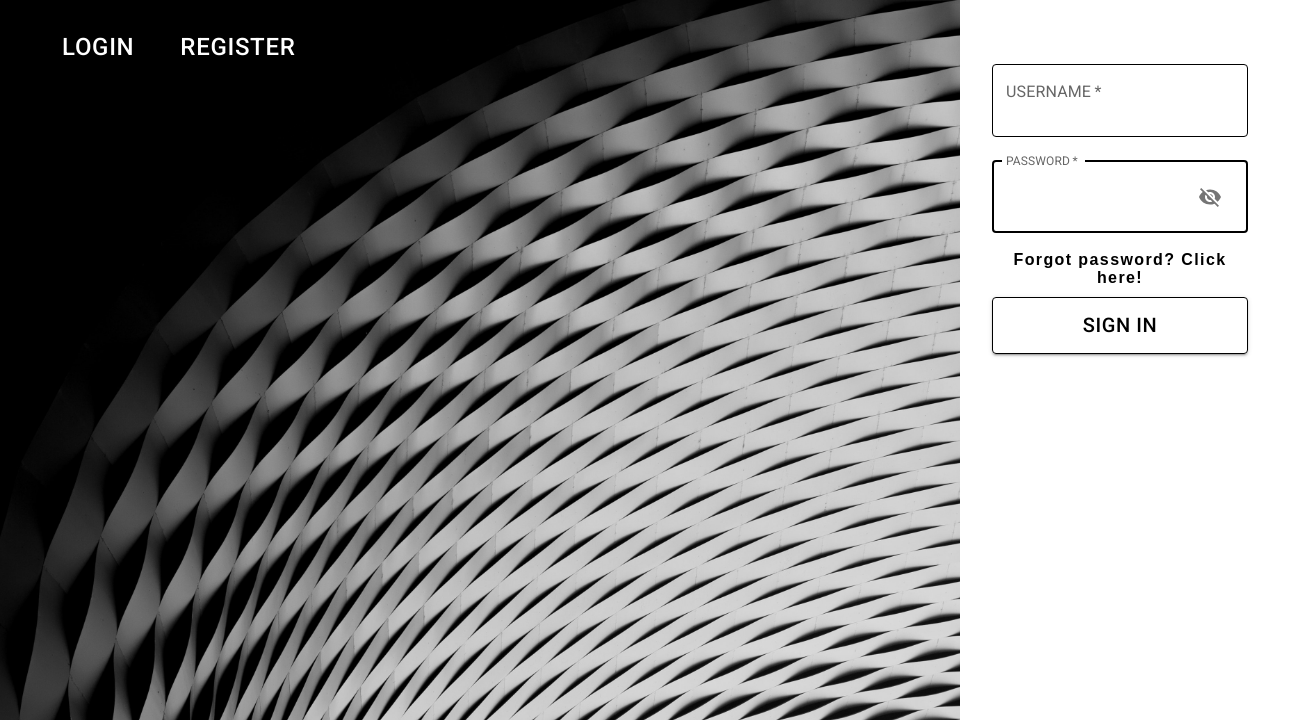
Repository: claudiuotea/FrontendAugmentator
Page: /account/login
The author's editor kept a copy of each file at every save. The page is drawn from the files as they stood at one save, then again after the next save.
The browser window is 1280 px wide. The page is 1280 px wide, then 1292 px, so the pictures cover 1292 px, including what lies to the right of the window. The pictures show the whole page.
The project was rebuilt for these pictures with package versions that can differ from the ones it lists, and the page was loaded fresh each time. Also part of the build but not shown: src/Components/ForgotPassword.tsx, src/Components/Register.tsx, src/Components/ResetPassword.tsx, src/Components/VerifyAccount.tsx, src/Utils/PrivateRoute.tsx, src/Services/AdminService.tsx, src/Components/EnhancedTableToolbar.tsx, src/Components/UsersTable.tsx and 7 more.

Above is the page before, as saved 2021-05-18 00:35:00.

### public/index.html
<!DOCTYPE html>
<html lang="en">
  <head>
    <meta charset="utf-8" />
    <link rel="icon" href="%PUBLIC_URL%/favicon.ico" />
    <meta name="viewport" content="width=device-width, initial-scale=1" />
    <link rel="stylesheet" href="https://fonts.googleapis.com/css?family=Roboto:300,400,500,700&display=swap" />
    <link rel="stylesheet" href="https://fonts.googleapis.com/icon?family=Material+Icons" />
    <meta name="theme-color" content="#000000" />
    <meta
      name="description"
      content="Web site created using create-react-app"
    />
    <link rel="apple-touch-icon" href="%PUBLIC_URL%/logo192.png" />
    <!--
      manifest.json provides metadata used when your web app is installed on a
      user's mobile device or desktop. See https://developers.google.com/web/fundamentals/web-app-manifest/
    -->
    <link rel="manifest" href="%PUBLIC_URL%/manifest.json" />
    <!--
      Notice the use of %PUBLIC_URL% in the tags above.
      It will be replaced with the URL of the `public` folder during the build.
      Only files inside the `public` folder can be referenced from the HTML.

      Unlike "/favicon.ico" or "favicon.ico", "%PUBLIC_URL%/favicon.ico" will
      work correctly both with client-side routing and a non-root public URL.
      Learn how to configure a non-root public URL by running `npm run build`.
    -->
    <title>React App</title>
  </head>
  <body>
    <noscript>You need to enable JavaScript to run this app.</noscript>
    <div id="root"></div>
    <!--
      This HTML file is a template.
      If you open it directly in the browser, you will see an empty page.

      You can add webfonts, meta tags, or analytics to this file.
      The build step will place the bundled scripts into the <body> tag.

      To begin the development, run `npm start` or `yarn start`.
      To create a production bundle, use `npm run build` or `yarn build`.
    -->
  </body>
</html>

### src/App.tsx
import './App.css';
import { AppRoutes } from './Routes/AppRoutes';

function App() {
  return (
    <AppRoutes/>
  );
}

export default App;

### src/App.css
*{
  margin:0;
  padding:0;
}

.App {
  text-align: center;
}

.App-logo {
  height: 40vmin;
  pointer-events: none;
}

@media (prefers-reduced-motion: no-preference) {
  .App-logo {
    animation: App-logo-spin infinite 20s linear;
  }
}

.App-header {
  background-color: #282c34;
  min-height: 100vh;
  display: flex;
  flex-direction: column;
  align-items: center;
  justify-content: center;
  font-size: calc(10px + 2vmin);
  color: white;
}

.App-link {
  color: #61dafb;
}

@keyframes App-logo-spin {
  from {
    transform: rotate(0deg);
  }
  to {
    transform: rotate(360deg);
  }
}

/* De aici in jos pt contact*/

*, *:before, *:after {
  box-sizing: border-box;
  -webkit-font-smoothing: antialiased;
  -moz-osx-font-smoothing: grayscale;
}

body, button, input {
  font-family: 'Montserrat', sans-serif;
  font-weight: 700;
  letter-spacing: 1.4px;
}


.mainContainer {
  display: flex;
  height: "100vh";
  margin-top: 10%;
}

.formContainer {
  flex: 0 1 900px;
  margin: auto;
  padding: 10px;
}

.screen {
  position: relative;
  background: #3e3e3e;
  border-radius: 25px;
}

.screen:after {
  content: '';
  display: block;
  position: absolute;
  top: 0;
  left: 20px;
  right: 20px;
  bottom: 0;
  border-radius: 15px;
  box-shadow: 0 20px 40px rgba(0, 0, 0, .4);
  z-index: -1;
}

.screen-header {
  display: flex;
  align-items: center;
  padding: 10px 20px;
  background: #4d4d4f;
  border-top-left-radius: 15px;
  border-top-right-radius: 15px;
}

.screen-header-left {
  margin-right: auto;
}

.screen-header-button {
  display: inline-block;
  width: 14px;
  height: 14px;
  margin-right: 5px;
  border-radius: 10px;
  background: white;
}

.screen-header-button.close {
  background: #ed1c6f;
}

.screen-header-button.maximize {
  background: #e8e925;
}

.screen-header-button.minimize {
  background: #74c54f;
}

.screen-header-right {
  display: flex;
}

.screen-header-ellipsis {
  width: 5px;
  height: 5px;
  margin-left: 2px;
  border-radius: 8px;
  background: #999;
}

.screen-body {
  display: flex;

}

.screen-body-item {
  flex: 1;
  padding: 50px;
}

.screen-body-item.left {
  display: flex;
  flex-direction: column;
}

.app-title {
  display: flex;
  flex-direction: column;
  position: relative;
  color: #ea1d6f;
  font-size: 44px;
}

.app-title:after {
  content: '';
  display: block;
  position: absolute;
  left: 0;
  bottom: -10px;
  width: 44px;
  height: 4px;
  background: #ea1d6f;
}


.app-contact {
  margin-top: auto;
  font-size: 12px;
  color: #888;
}

.app-form-group {
  margin-bottom: 35px;
}

.app-form-group.message {
  margin-top: 30px;
}

.app-form-group.buttons {
  margin-bottom: 0;
  text-align: right;
}


.app-form-button {
  background: none;
  border: none;
  color: #ea1d6f;
  font-size: 22px;
  cursor: pointer;
  outline: none;
}

.app-form-button:hover {
  color: #b9134f;
}

@media screen and (max-width: 520px) {
  .screen-body {
    flex-direction: column;
  }

  .screen-body-item.left {
    margin-bottom: 30px;
  }

  .app-title {
    flex-direction: row;
  }

  .app-title span {
    margin-right: 12px;
  }

  .app-title:after {
    display: none;
  }
}

@media screen and (max-width: 600px) {
  .screen-body {
    padding: 40px;
  }

  .screen-body-item {
    padding: 0;
  }
}

### src/Routes/AppRoutes.tsx
import React from "react";
import { Suspense } from "react";
import { BrowserRouter as Router, Switch, Route, Redirect } from "react-router-dom";
import { NavbarNotLogged } from "../Components/NavbarNotLoggedIn";
import { Account } from "../Components/Accounts";
import { PrivateRoute } from "../Utils/PrivateRoute";
import { MainContainer } from "../Components/MainContainer";

export const AppRoutes: React.FunctionComponent<{}> = () => {
  return (
    <Router>
      <Suspense fallback={<div>Loading...</div>}>
        <Switch>
          <Route exact path="/">
            <NavbarNotLogged/>
            <Redirect push to={"/app"}/>
          </Route>
          <Route path="/account">
            <NavbarNotLogged/>
            <Account/>
          </Route>
          <PrivateRoute path="/app" component={()=><MainContainer/>}>
          </PrivateRoute>
        </Switch>
      </Suspense>
    </Router>
  );
};

### src/Components/NavbarNotLoggedIn.tsx
import React from "react";
import { makeStyles } from "@material-ui/core/styles";
import AppBar from "@material-ui/core/AppBar";
import Toolbar from "@material-ui/core/Toolbar";
import Typography from "@material-ui/core/Typography";
import Button from "@material-ui/core/Button";
import IconButton from "@material-ui/core/IconButton";
import MenuIcon from "@material-ui/icons/Menu";
import { Link } from "react-router-dom";

const useStyles = makeStyles((theme) => ({
  root: {
    flexGrow: 1,
  },
  menuButton: {
    fontSize: 24,
    marginLeft: 15,
    marginRight: 15,
  },
  title: {
    flexGrow: 1,
  },
  appBar: {
    padding: 15,
    backgroundColor: "transparent",
    boxShadow: "none",
  },

  link:{
     textDecoration:"none",
     color:"white"
  }
}));

export const NavbarNotLogged: React.FunctionComponent<{}> = () => {
  //incarca CSS-ul
  const classes = useStyles();

  return (
    <AppBar position="fixed" className={classes.appBar}>
      <Toolbar>
        <Button color="inherit" className={classes.menuButton}>
          <Link className={classes.link} to="/account/login">Login</Link>
        </Button>
        <Button color="inherit" className={classes.menuButton}>
          <Link className={classes.link} to="/account/register">Register</Link>
        </Button>
      </Toolbar>
    </AppBar>
  );
};

### src/Components/Accounts.tsx
import { Button, Grid, makeStyles, TextField } from "@material-ui/core";
import React, { Suspense } from "react";
import Image from "../Images/bg.jpg";
import { ForgotPassword } from "./ForgotPassword";
import { Login } from "./Login";
import { Register } from "./Register";
import { ResetPassword } from "./ResetPassword";
import { VerifyAccount } from "./VerifyAccount";
import {
  BrowserRouter as Router,
  useLocation,
} from "react-router-dom";


//Creez un obiect CSS
const useStyles = makeStyles((theme) => ({
  root: {
    flexGrow: 1,
  },
  //100% inaltimea paginii
  gridItem: {
    height: "100vh",
  },
  //adauga niste spatiu si centreaza-le
  form: {
    margin: theme.spacing(4),
    verticalAlign: "middle",
    marginTop: "35%",
  },
}));

export const Account: React.FunctionComponent<{}> = () => {
  //instantiez obiectul
  const classes = useStyles();
  const location = useLocation();

  //stabilim ce componenta randam in functie de path
  const renderSwitch = (param: string) => {
    switch (param) {
      case "/account/login":
        return <Login />;
      case "/account/register":
        return <Register />;
      case "/account/resetpass":
        return <ResetPassword />;
      case "/account/forgotpass":
        return <ForgotPassword />;
      case "/account/verifyaccount":
        return <VerifyAccount />;
      default:
        //TODO aici
        return <div>Wrong path</div>;
    }
  };

  return (
    //impart ecranul in 2 coloane
    <div className={classes.root + classes.gridItem}>
      <Grid container className={classes.gridItem}>
        <Grid
          item
          xs={12}
          sm={9}
          style={{
            backgroundImage: `url(${Image})`,
            backgroundRepeat: "no-repeat",
            backgroundSize: "cover",
          }}
        >
        </Grid>
        <Grid item xs={12} sm={3}>
          {renderSwitch(location.pathname)}
        </Grid>
      </Grid>
    </div>
  );
};

### src/Components/Login.tsx
import {
  Button,
  Grid,
  makeStyles,
  TextField,
  LinearProgress,
  InputAdornment,
  IconButton,
} from "@material-ui/core";
import React, { useEffect, useState } from "react";
import { LoginInterface } from "../Models/Interfaces";
import AccountService from "../Services/AccountService";
import { useHistory } from "react-router";
import { Visibility, VisibilityOff } from "@material-ui/icons";
import { ViewErrorInfo } from "./ViewErrorInfo";
//Creez un obiect CSS
const useStyles = makeStyles((theme) => ({
  root: {
    flexGrow: 1,
  },
  //100% inaltimea paginii
  gridItem: {
    height: "100vh",
  },
  //adauga niste spatiu si centreaza-le
  form: {
    margin: theme.spacing(4),
    verticalAlign: "middle",
    marginTop: "15%",
  },
  linearProgress: {
    marginTop: 15,
    marginBottom: 15,
  },
  textFieldInputProps: {
    color: "black !important",
    width: "100%",
    background: "none",
    border: "none",
    outline: "none",
    transition: "border-color .2s",
    fontSize: 30,
  },
  textField: {
    color: "white !important",
    textTransform: "uppercase",
    background: "none",

    "& .MuiFormLabel-root": {
      color: "#666",
    },
    "& .MuiInput-underline:before": {
      borderBottomColor: "white",
    },
    "& .MuiInput-underline:after": {
      borderBottomColor: "white",
    },
    "& .MuiInput-underline:hover:not(.Mui-disabled):before": {
      borderBottomColor: "white",
    },
    "& .MuiOutlinedInput-notchedOutline": {
      border: "1px solid black",
    },
    "& .MuiOutlinedInput-root.Mui-focused .MuiOutlinedInput-notchedOutline": {
      border: "2px solid black",
      background: "none",
    },

    fontFamily: "Montserrat",
  },

  button: {
    border: "1px solid ",
    background: "none",
    fontSize: 20,
    cursor: "pointer",
    padding: "10px 20px",
    transition: "0.8s",
    color: "#000",
    borderColor: "#000",
    "&:hover": {
      color: "#fff",
      background: "#000",
      borderColor: "#000",
    },
  },
}));

export const Login: React.FunctionComponent<any> = () => {
  //instantiez obiectul
  const classes = useStyles();
  const [username, setUsername] = useState("");
  const [password, setPassword] = useState("");
  const [hasError, setHasError] = useState(false);
  const [errorMessage, setErrorMessage] = useState("");
  //pentru loading bar
  const [isFeedbackLoading, setIsFeedbackLoading] = React.useState(false);
  const history = useHistory();
  const [showPassword, setShowPassword] = useState(false);
  const handleClickShowPassword = () => setShowPassword(!showPassword);
  const handleMouseDownPassword = () => setShowPassword(!showPassword);

  //verifica daca trebuie afisat loading bar
  const LinearFeedback = () => {
    if (isFeedbackLoading) {
      return (
        <div className={classes.linearProgress}>
          <LinearProgress />
        </div>
      );
    }
  };
  const onSubmit = async (event: any) => {
    //setam ca inca asteptam raspunsul pentru loading bar
    setIsFeedbackLoading(true);

    const data: LoginInterface = {
      username: username,
      password: password,
    };
    //trimite request la server
    AccountService.login(data)
      .then((resp) => {
        window.localStorage.setItem("AccessToken", resp.data.AccessToken);
        window.localStorage.setItem("RefreshToken", resp.data.RefreshToken);
        history.push("/app");
      })
      .catch((err) => {
        setHasError(true);
        setErrorMessage(err.response.data);
        console.log(err);
      })
      .finally(() => {
        //am primit raspunsul
        setIsFeedbackLoading(false);
      });
  };

  useEffect(() => {
    let token = localStorage.getItem("AccessToken");
    if (token != "" && token != null && token != undefined)
      history.push("/app");
  });


  return (
    //impart ecranul in 2 coloane
    <div className={classes.root + classes.gridItem}>
      <div className={classes.form}>
        <img
          style={{
            width: "300px",
            height: "auto",
            display: "block",
            margin: "auto",
          }}
          src={Image}
        />
        <ViewErrorInfo hasError={hasError} errorMessage={errorMessage} />
        <TextField
          className={classes.textField}
          variant="outlined"
          margin="normal"
          fullWidth
          required
          label="Username"
          name="username"
          value={username}
          autoFocus
          disabled={isFeedbackLoading}
          onChange={(e) => {
            setUsername(e.target.value);
          }}
          inputProps={{ className: classes.textFieldInputProps }}
        />
        <TextField
          variant="outlined"
          margin="normal"
          fullWidth
          required
          disabled={isFeedbackLoading}
          label="Password"
          name="password"
          value={password}
          autoFocus
          type={showPassword ? "text" : "password"}
          onChange={(e) => {
            setPassword(e.target.value);
          }}
          InputProps={{
            // <-- This is where the toggle button is added.
            endAdornment: (
              <InputAdornment position="end">
                <IconButton
                  aria-label="toggle password visibility"
                  onClick={handleClickShowPassword}
                  onMouseDown={handleMouseDownPassword}
                >
                  {showPassword ? <Visibility /> : <VisibilityOff />}
                </IconButton>
              </InputAdornment>
            ),
          }}
          inputProps={{ className: classes.textFieldInputProps }}
          className={classes.textField}
        />
        <div style={{ textAlign: "center", marginTop: 10, marginBottom: 10 }}>
          <a
            href="/account/forgotpass"
            style={{ textDecoration: "none", color: "black" }}
          >
            Forgot password? Click here!
          </a>
        </div>
        {LinearFeedback()}
        <Button
          fullWidth
          type="submit"
          variant="contained"
          color="primary"
          onClick={onSubmit}
          className={classes.button}
        >
          Sign in
        </Button>
      </div>
    </div>
  );
};

### src/Services/AccountService.ts
import axios from "axios";
import {
  DownloadFileInterface,
  ForgotPasswordInterface,
  LoginInterface,
  RegisterInterface,
  ResetPasswordInterface,
  VerfiyAccountInterface,
} from "../Models/Interfaces";

export default class AccountService {
  private static readonly BASE_URL: string = "http://127.0.0.1:5000";

  static login = (data: LoginInterface): Promise<any> => {
    return axios.get(`${AccountService.BASE_URL}/login`, {
      auth: data,
    });
  };

  static register = (data: RegisterInterface): Promise<any> => {
    return axios.post(`${AccountService.BASE_URL}/register`, data);
  };

  static forgotPassword = (data: ForgotPasswordInterface): Promise<any> => {
    return axios.post(`${AccountService.BASE_URL}/forgotpass`, data);
  };

  static resetPassword = (data: ResetPasswordInterface): Promise<any> => {
    //console.log(data)
    return axios.post(`${AccountService.BASE_URL}/resetpass`, data);
  };

  static verifyAccount = (data: VerfiyAccountInterface): Promise<any> => {
    return axios.post(`${AccountService.BASE_URL}/verifyaccount`, data);
  };

  //verifica daca user-ul este admin
  static checkAdmin = (): Promise<any> => {
    let accessToken = window.localStorage.getItem("AccessToken");
    console.log("Sunt in checkAdmin si primesc token " + accessToken);
    let config = {
      headers: {
        Authorization: `Bearer ${accessToken}`,
      },
    };
    return axios.get(`${AccountService.BASE_URL}/checkadmin`, config);
  };

  //verifica daca token-ul e valid, daca nu e valid, utilizeaza refresh token ca sa primeasca un token nou
  static refreshToken = (): Promise<any> => {
    let refreshToken = window.localStorage.getItem("RefreshToken");

    let config = {
      headers: {
        Authorization: `Bearer ${refreshToken}`,
      },
    };
    localStorage.removeItem("AccessToken");
    return axios.post(`${AccountService.BASE_URL}/refresh`, {}, config);
  };

  static logout = (): void => {
    localStorage.removeItem("RefreshToken");
    localStorage.removeItem("AccessToken");
  };

  static downloadFromServer(fileName: string) {
    window.open("http://127.0.0.1:5000/get-file/" + fileName);
  }

  static downloadFile = (fileNameParam:string,publicIdParam:string): Promise<any> => {
    let accessToken = window.localStorage.getItem("AccessToken");

    let config = {
      headers: {
        Authorization: `Bearer ${accessToken}`,
      },
    };
   //  return axios.post(`${AccountService.BASE_URL}/download`, data, config);

    const FileDownload = require("js-file-download");

    return axios({
      url: `${AccountService.BASE_URL}/download/${publicIdParam}/${fileNameParam}`,
      method: "GET",
      responseType: "blob",
      headers: {"Authorization" : `Bearer ${accessToken}`}
    })
  };
}

### src/Components/ViewErrorInfo.tsx
import Alert from "@material-ui/lab/Alert";

interface ViewErrorInfoPropsInterface {
  hasError: boolean;
  errorMessage: string;
}

export const ViewErrorInfo: React.FunctionComponent<ViewErrorInfoPropsInterface> =
  (props) => {
    return (
      <div>
        {props.hasError && (
          <div>
            {" "}
            <Alert severity="error">{props.errorMessage}</Alert>{" "}
          </div>
        )}
      </div>
    );
  };

Loaded but not shown: src/index.tsx (common file); src/index.css (common file); src/reportWebVitals.ts (common file)

After the next save:
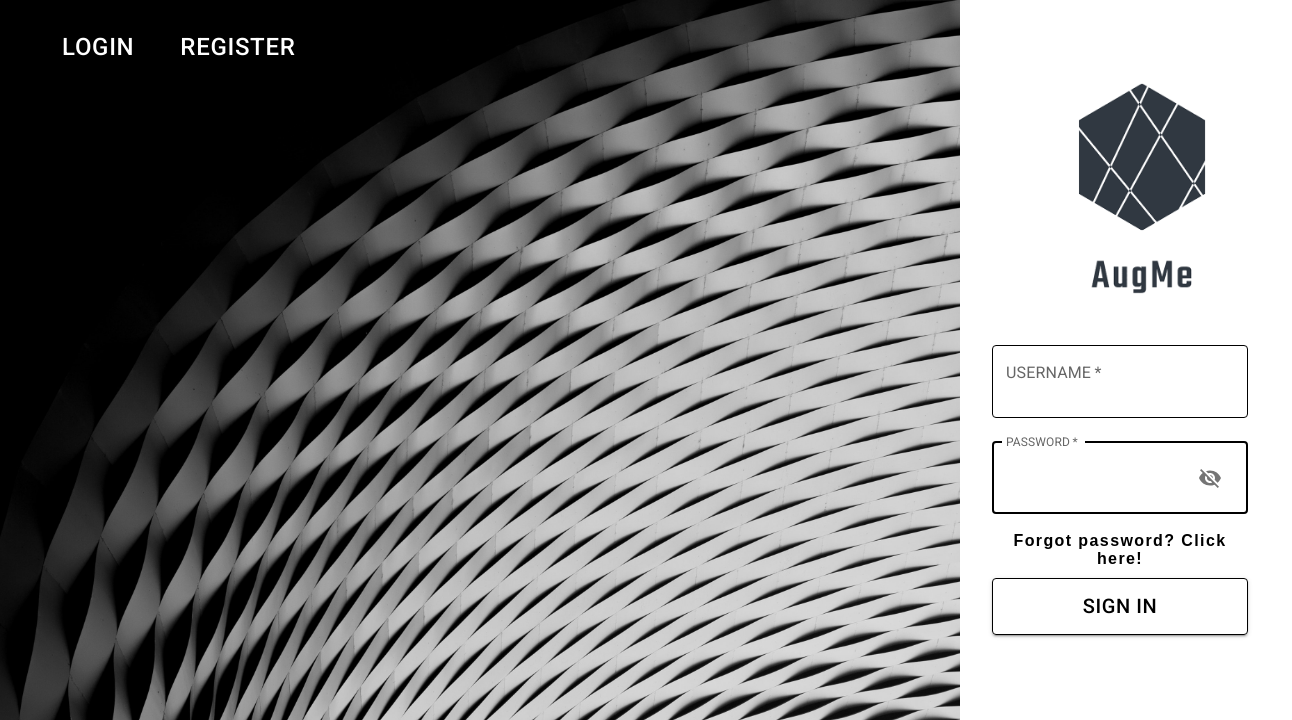
Saved 35 s later.
--- a/src/Components/Login.tsx
+++ b/src/Components/Login.tsx
@@ -13,6 +13,8 @@ import AccountService from "../Services/AccountService";
 import { useHistory } from "react-router";
 import { Visibility, VisibilityOff } from "@material-ui/icons";
 import { ViewErrorInfo } from "./ViewErrorInfo";
+import Image from "../Images/logo.png";
+
 //Creez un obiect CSS
 const useStyles = makeStyles((theme) => ({
   root: {
